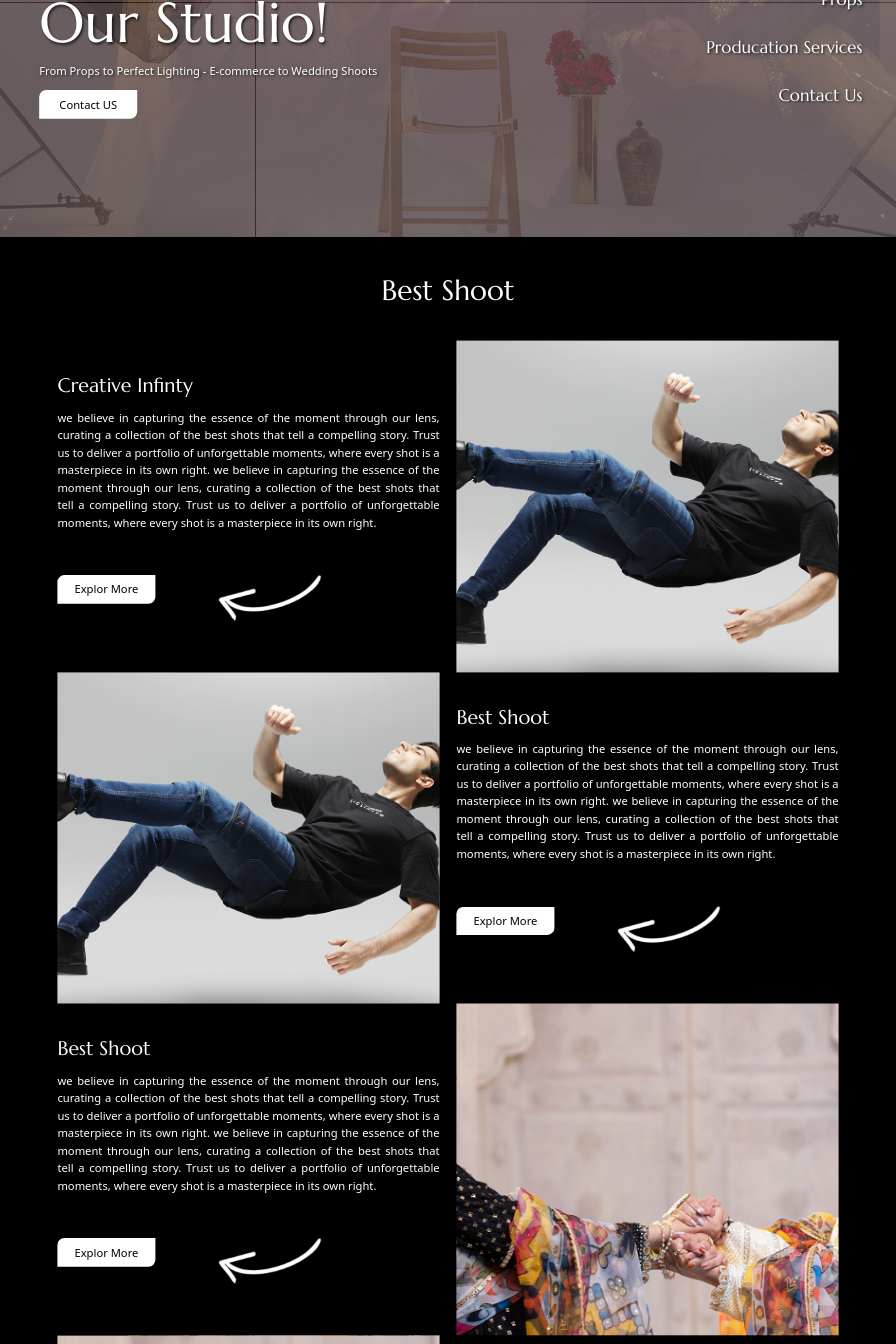
Repository: sagheerNaskSoft/nask-studio-sec-phase
Page: /
These files come from the project's save history. The page is drawn as it stood at one moment and after the next save; the edit follows.
The browser window is 1280 px wide. The pictures show the part of the page from y = 361 to 2281 px (the page is 4302 px tall), at 70% of full size.
Backgrounds fixed to the window are drawn as part of the page. The project was rebuilt for these pictures with package versions that can differ from the ones it lists, and the page was loaded fresh each time. Also part of the build but not shown: src/Pages/About.js, src/Component/NavFooter/NavBar.js, src/Component/WeddingSets/Banner.js, src/Component/WeddingSets/StudioSection.js, src/Pages/WeddingSets.js, src/Component/ProductionService/Form1.js, src/Component/ProductionService/Form2.js, src/Component/ProductionService/Form3.js and 12 more.

Above is the page before, as saved 2025-01-31 17:44:48.

After the next save:
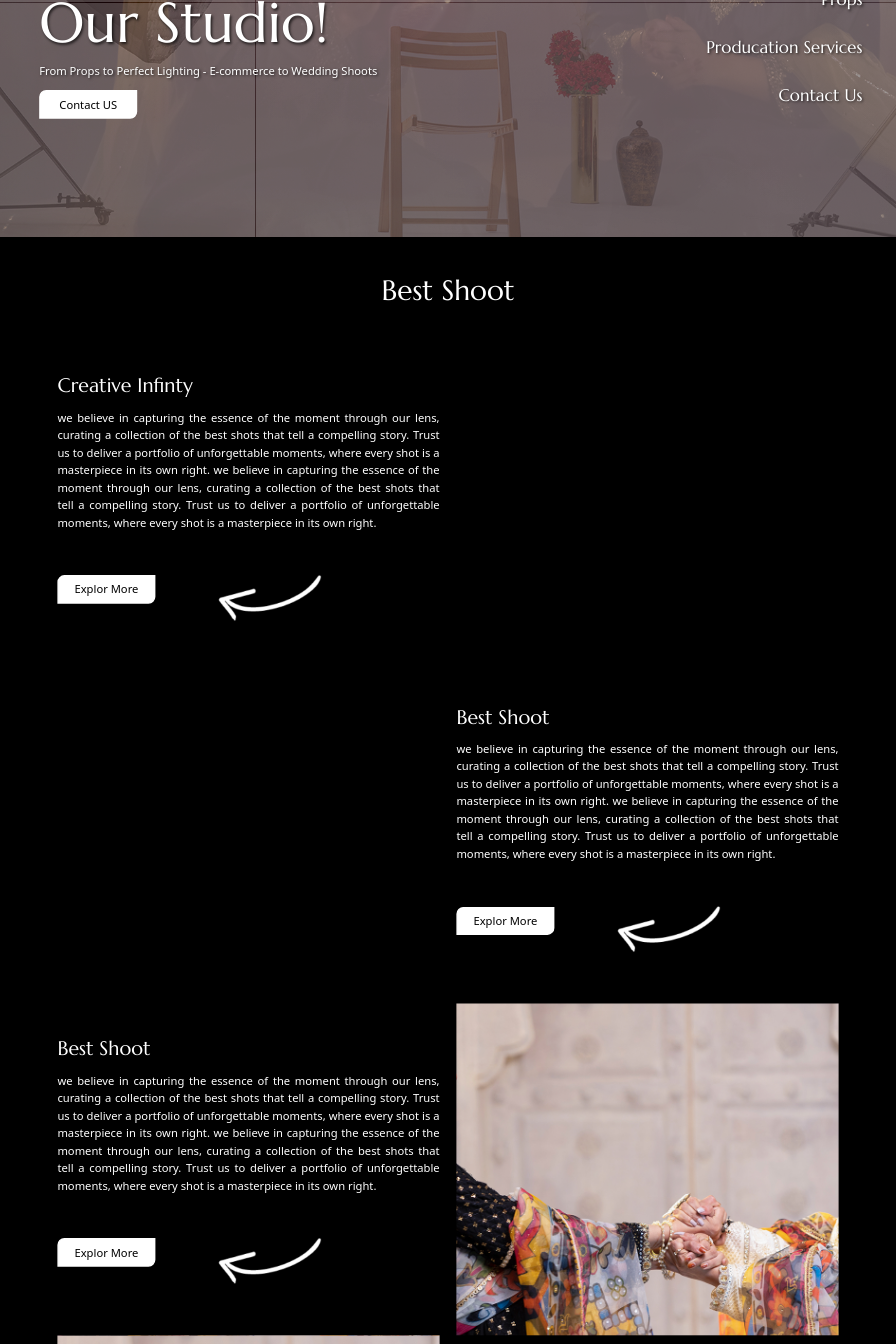
Saved 87 min 41 s later.
--- a/src/App.css
+++ b/src/App.css
@@ -187,7 +187,7 @@
 }
 .shoot-section .row .col-lg-6 .img-back{
 /* background: url(..); */
-background: url(./Assete/HomaBanner/7.jpg);
+/* background: url(./Assete/HomaBanner/7.jpg); */
 height: 100%;
 background-size: cover;
 background-position: center;

After the save that followed:
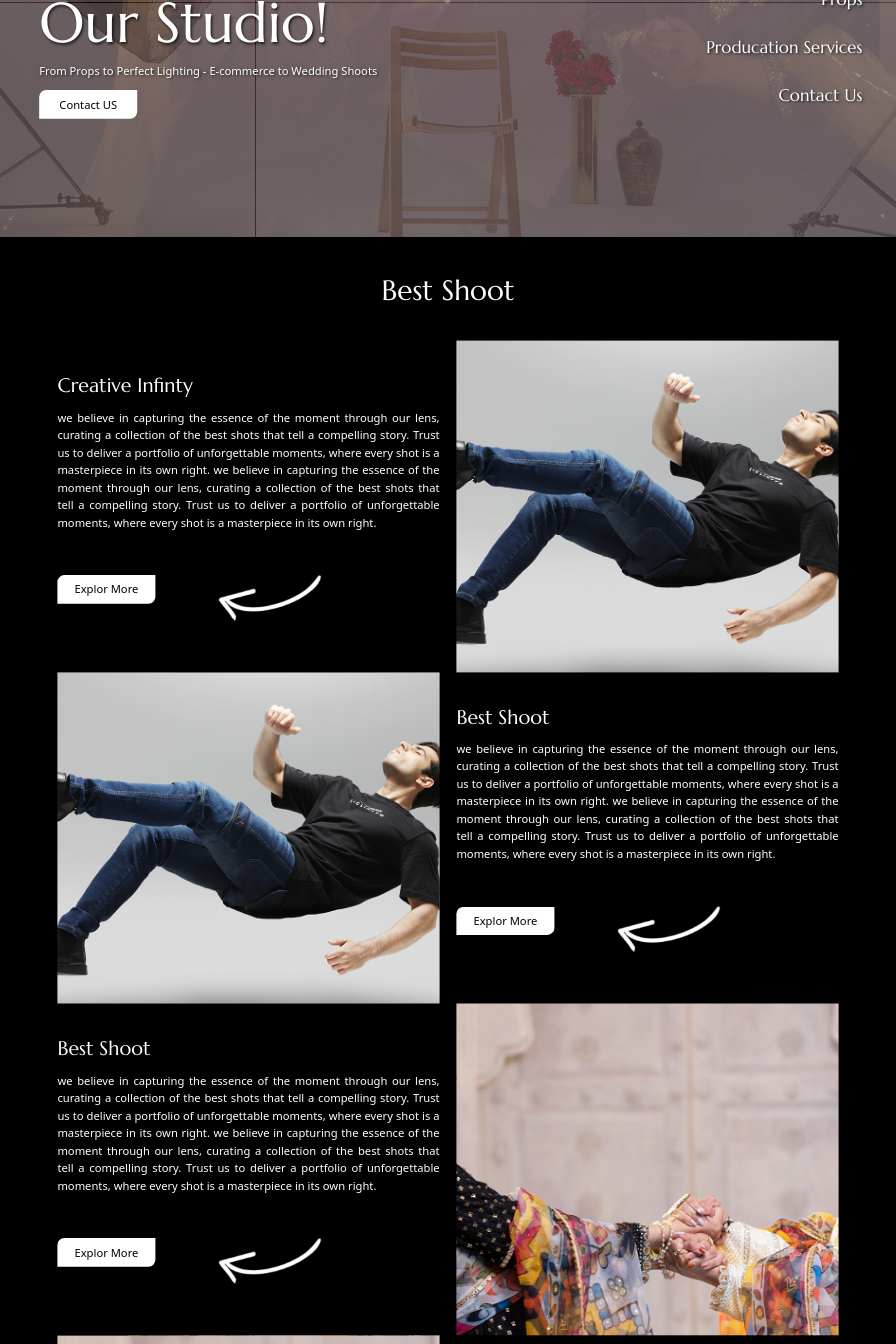
Saved 16 s later.
--- a/src/App.css
+++ b/src/App.css
@@ -187,7 +187,7 @@
 }
 .shoot-section .row .col-lg-6 .img-back{
 /* background: url(..); */
-/* background: url(./Assete/HomaBanner/7.jpg); */
+background: url(./Assete/HomaBanner/7.jpg);
 height: 100%;
 background-size: cover;
 background-position: center;
